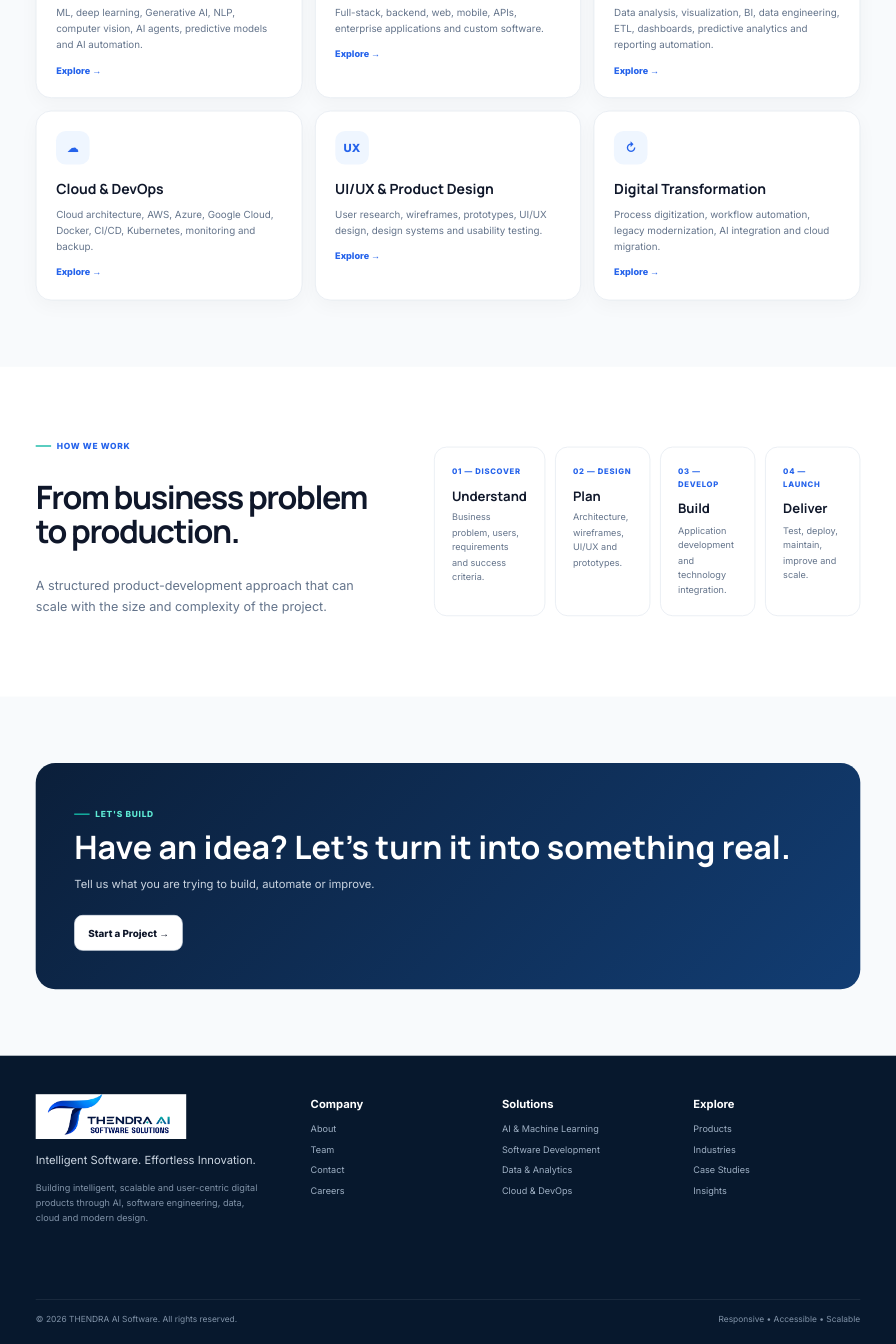
Repository: Soundar586/thendra-ai-website
Page: index.html
An editor plug-in stored every save of this project. The page is shown before and after the next save, followed by the edit.
The browser window is 1280 px wide. The pictures show the part of the page from y = 2063 to 3983 px (the page is 3983 px tall), at 70% of full size.

Above is the page before, as saved 2026-09-10 22:28:33.

After the next save:
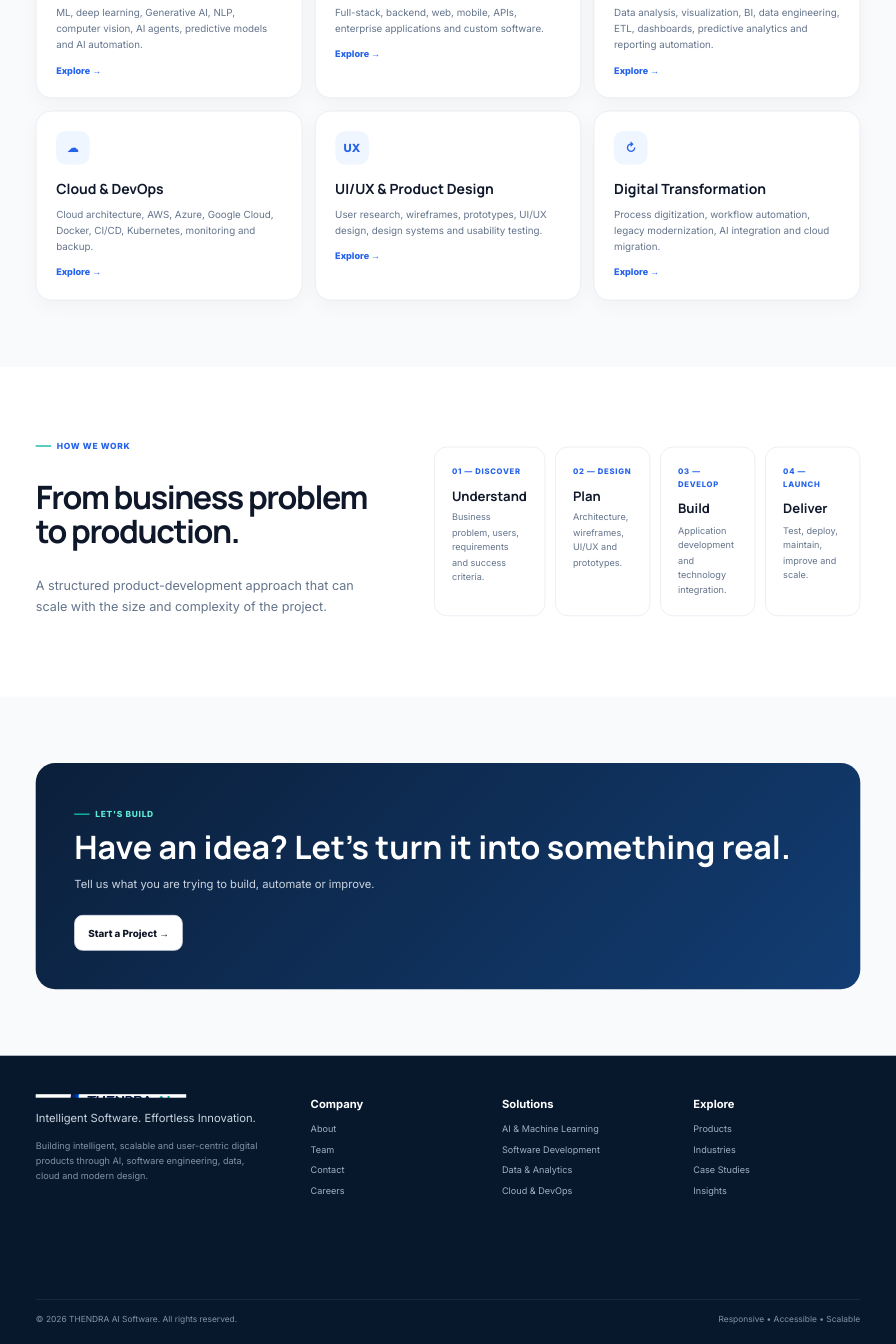
Saved 9 s later.
--- a/assets/style.css
+++ b/assets/style.css
@@ -659,7 +659,7 @@
   display:block;
   margin: bottom 150px;
    width: 60%;
-    height: 25%;
+    height: 2%;
     object-fit: cover;
     object-position: center;
 }
